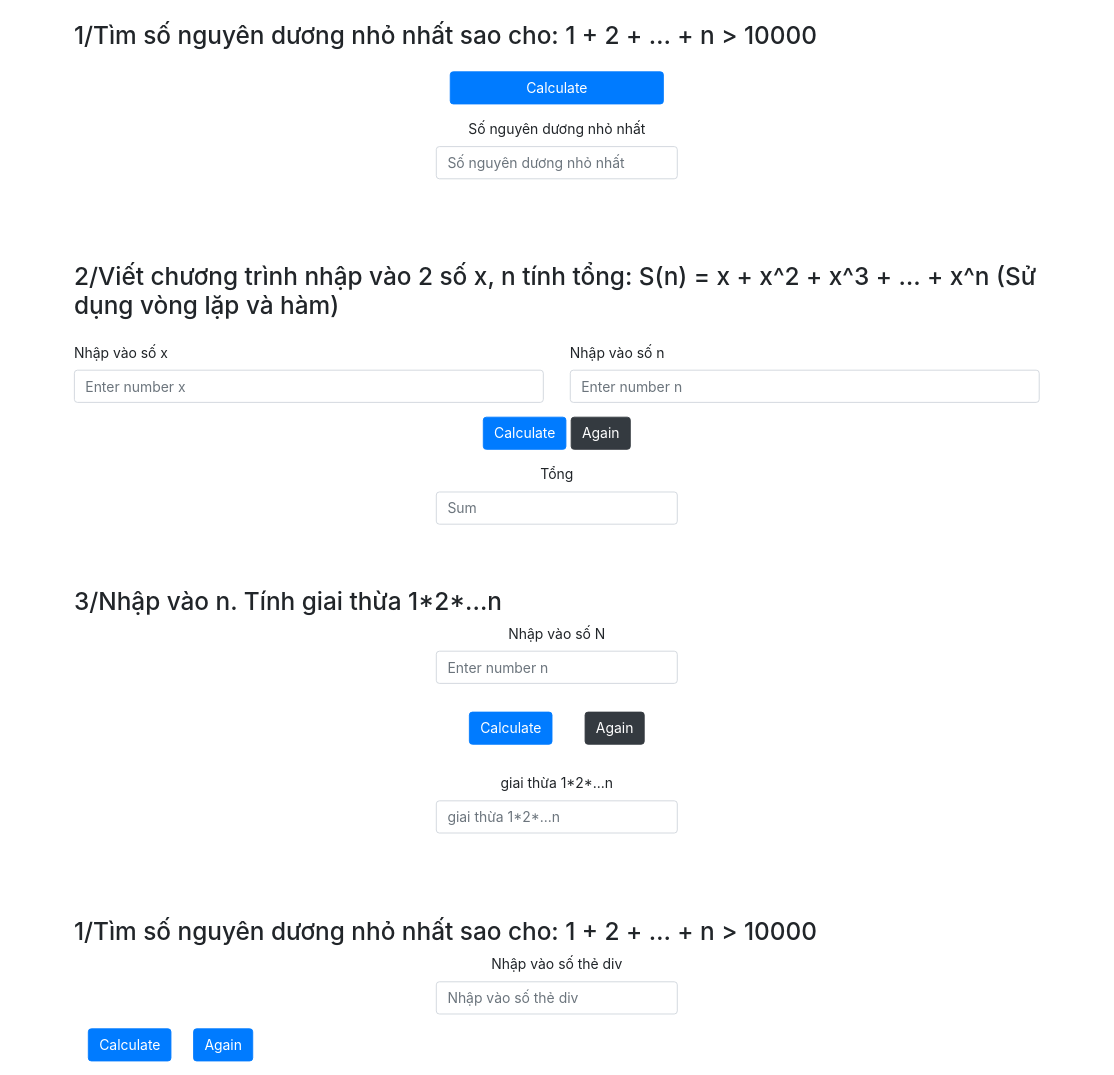
Repository: baobaodeveloper/bootcamp21__loop__HuynhAnhBao
Page: index.html
These files come from the project's save history. The page is drawn as it stood at one moment and after the next save; the edit follows.
The browser window is 1280 px wide. The pictures show the whole page, at 87% of full size.

Above is the page before, as saved 2022-03-17 19:18:28.

After the next save:
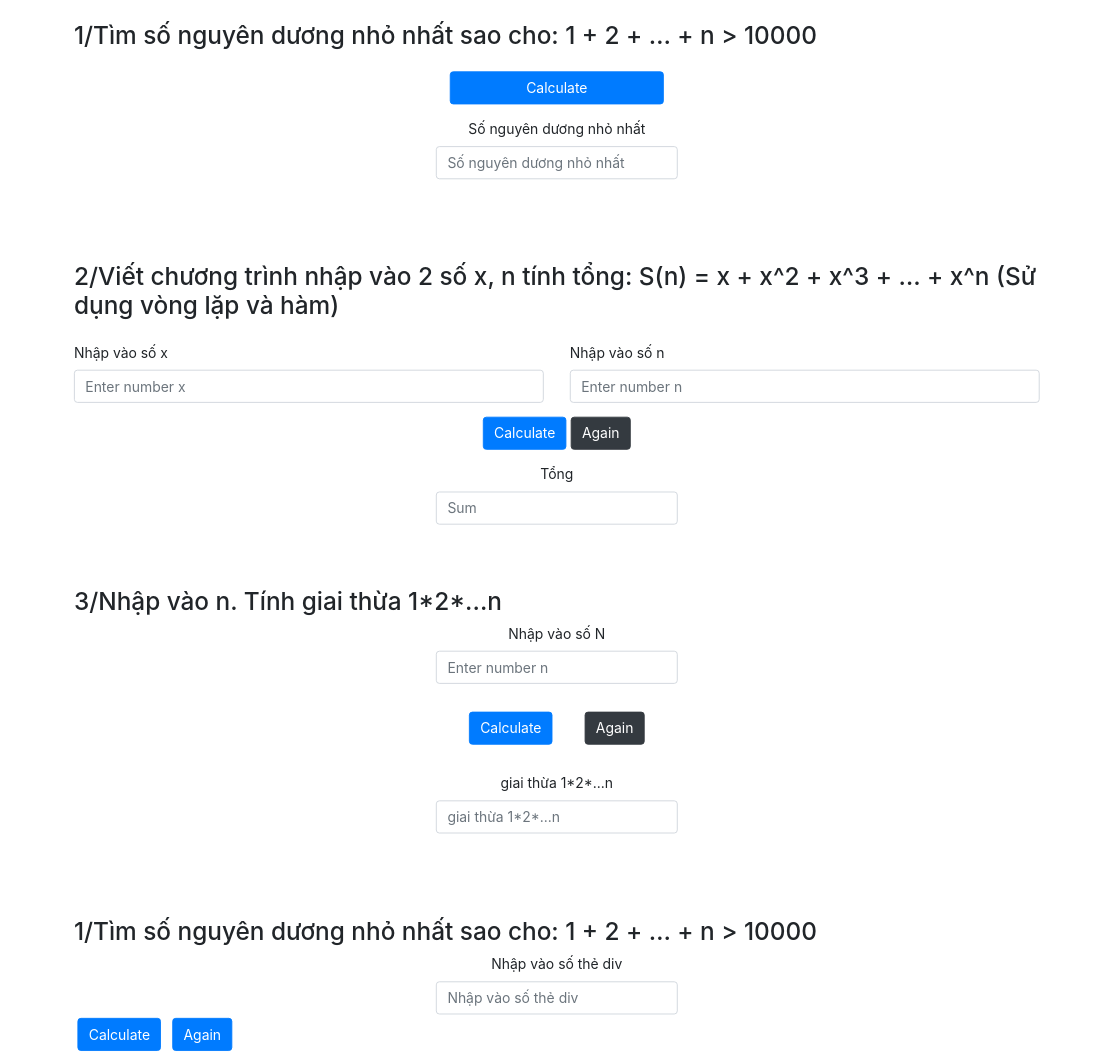
Saved 7 s later.
--- a/index.html
+++ b/index.html
@@ -137,7 +137,7 @@
         />
       </div>
       <div>
-        <button type="button" id="creat-div" class="btn btn-primary m-3">
+        <button type="button" id="creat-div" class="btn btn-primary m-1">
           Calculate
         </button>
         <button type="button" id="creat-div-again" class="btn btn-primary m-1">
